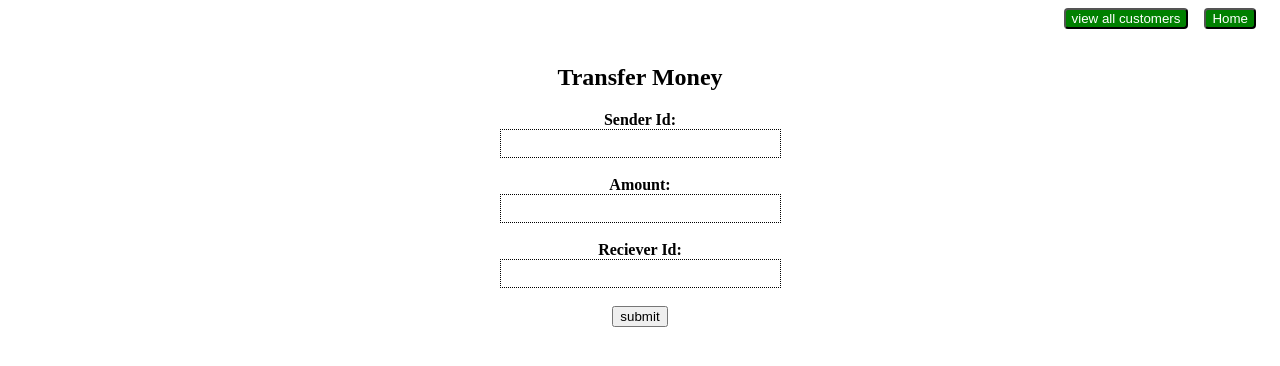
Repository: BarnalaManognaram/sparxintern
Page: sparx_internship/sparx/src/main/webapp/transfer.html
These files come from the project's save history. The page is drawn as it stood at one moment and after the next save; the edit follows.
The browser window is 1280 px wide. The pictures show the whole page.

Above is the page before, as saved 2021-09-19 16:27:46.

After the next save:
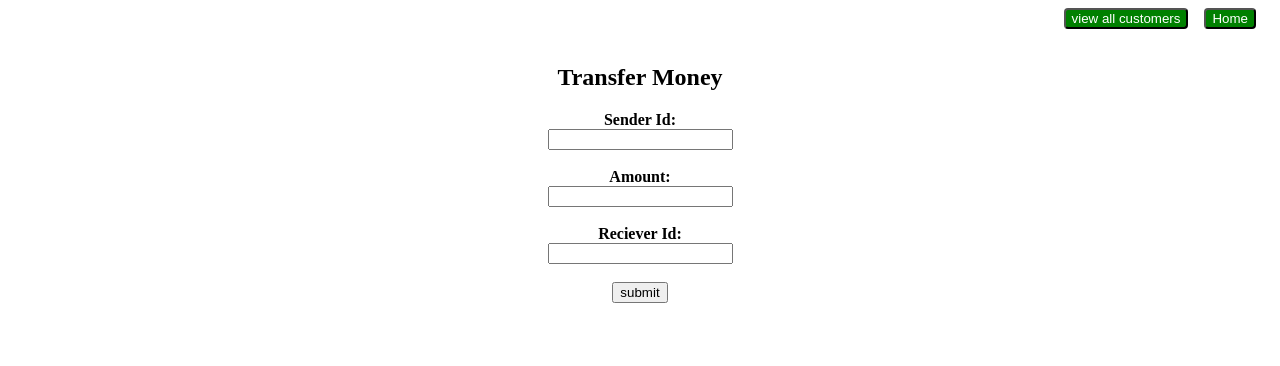
Saved 95 s later.
--- a/sparx_internship/sparx/src/main/webapp/transfer.html
+++ b/sparx_internship/sparx/src/main/webapp/transfer.html
@@ -10,9 +10,9 @@
 <a href="Customer.java"><button class="button1">view all customers</button></a><br><br>
   <center>
    <h2>Transfer Money</h2>
-    <b>Sender Id:</b><br><input class="box" type="text" name="sid" /><br><br>
-    <b>Amount:</b><br><input class="box" type="text" name="tm"/><br><br>
-    <b>Reciever Id:</b><br><input class="box" type="text" name="rid"/><br><br>
+    <b>Sender Id:</b><br><input  type="text" name="sid" /><br><br>
+    <b>Amount:</b><br><input  type="text" name="tm"/><br><br>
+    <b>Reciever Id:</b><br><input type="text" name="rid"/><br><br>
     <input type="button" value="submit"/><br><br>
   </center>
 </body>
